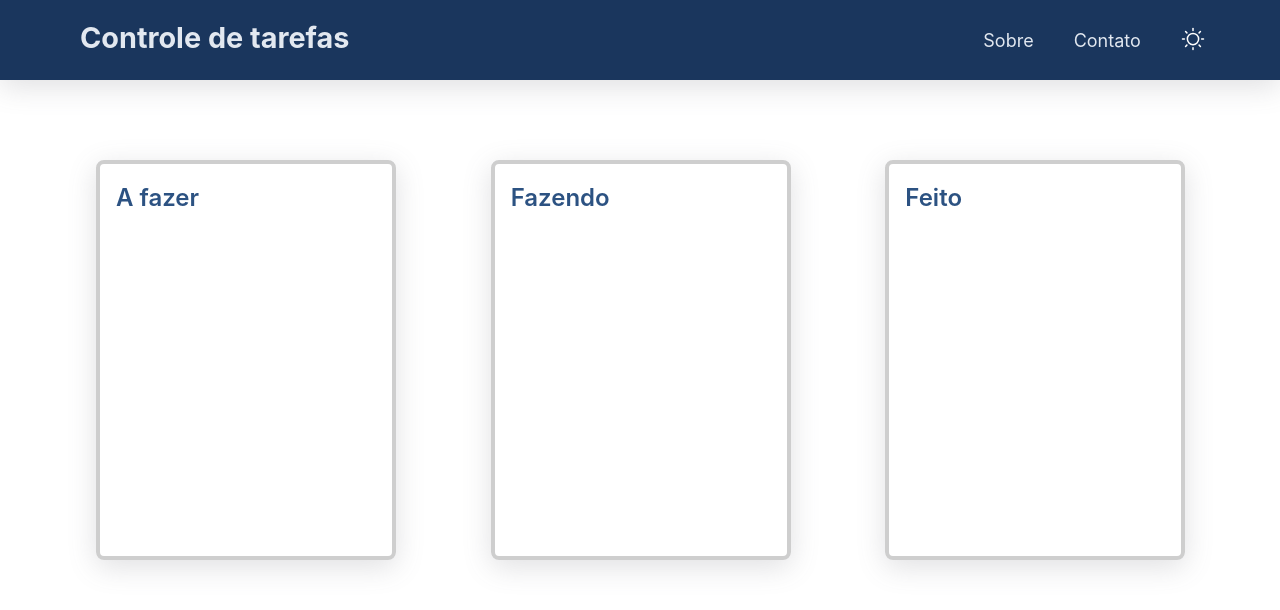
Repository: leosulzbach/Hackaton-Relampago
Page: /home (app in Front/)
These files come from the project's save history. The page is drawn as it stood at one moment and after the next save; the edit follows.
The browser window is 1280 px wide. The pictures show the whole page.
The page's requests for data from a server got no answer. The project was rebuilt for these pictures with package versions that can differ from the ones it lists, and the page was loaded fresh each time. No one was signed in, and anything a server would have sent is missing. Also part of the build but not shown: Front/vite.config.ts.

Above is the page before, as saved 2022-11-07 15:50:09.

### Front/src/App.tsx
import { ChakraProvider, theme } from "@chakra-ui/react"
import { BrowserRouter } from "react-router-dom"
import { Router } from "./Routes/Router"



function App() {
  return(
    <ChakraProvider theme={theme}>
    <BrowserRouter>
      <Router />
    </BrowserRouter>
  </ChakraProvider>
  )
}

export default App

### Front/src/Routes/Router.tsx
import { Routes, Route } from "react-router-dom";
import { Home } from "../Pages/home";


export function Router() {
  return (
    <Routes>
      <Route path="/home" element={<Home />} />
     </Routes>
  );
}

### Front/src/Pages/home.tsx
import { Box, Flex, Grid, Text } from '@chakra-ui/react'
import axios from 'axios';
import { useEffect, useState } from 'react';
import { Header } from '../Components/Header'


export interface Cadastro {
    id: number;
    descricao: string;
    situacao: string;
    data_vencimento: string;
    prioridade: string;
    email: string

}

export const Home = () => {

        const [CadastroList, setCadastroList] = useState<Cadastro[]>([]);
        const [CadastroFilter, setCadastroFilter] = useState<Cadastro[]>(CadastroList);


        useEffect(() => {
            axios.get<Cadastro[]>("http://localhost:3000/tarefas").then((response) => {
                setCadastroList(response.data);
            });
        }, []);


        const [tarefa, settarefa] = useState<any>();

        useEffect(() => {


            setCadastroFilter(

                CadastroList.filter(cadastro =>
                    cadastro.descricao.toLowerCase().includes(tarefa) || cadastro.email.toLocaleLowerCase().includes(tarefa) || cadastro.prioridade.includes(tarefa) || cadastro.data_vencimento.includes(tarefa))
            )

        }, [tarefa])


        useEffect(() => {


            setCadastroFilter(

                CadastroList);
        }, [CadastroList])


    return (
        <Flex>
            <Header />


            <Grid
                templateColumns='repeat(3, 1fr)'
                ml={"6rem"}
                mt={"10rem"}
                alignItems={"center"}
                width='100%'
                height="100%"
            >
                <Box
                    border={"4px solid #cecece"}
                    boxShadow={"rgba(100, 100, 111, 0.2) 0px 7px 29px 0px"}
                    borderRadius={8}
                    w={"300px"}
                    h={"400px"}
                >
                    <Text
                        p={"1rem"}
                        fontSize={"1.5rem"}
                        fontWeight={"semibold"}
                        color={"blue.700"}
                    >A fazer</Text>

                </Box>
                <Box
                    border={"4px solid #cecece"}
                    boxShadow={"rgba(100, 100, 111, 0.2) 0px 7px 29px 0px"}
                    borderRadius={8}
                    w={"300px"}
                    h={"400px"}>
                    <Text
                        p={"1rem"}
                        fontSize={"1.5rem"}
                        fontWeight={"semibold"}
                        color={"blue.700"}
                    >Fazendo</Text>
                </Box>
                <Box
                    border={"4px solid #cecece"}
                    boxShadow={"rgba(100, 100, 111, 0.2) 0px 7px 29px 0px"}
                    borderRadius={8}
                    w={"300px"}
                    h={"400px"}>
                    <Text
                        p={"1rem"}
                        fontSize={"1.5rem"}
                        fontWeight={"semibold"}
                        color={"blue.700"}
                    >Feito</Text>
                </Box>

            </Grid>
        </Flex>
    )

}

### Front/src/Components/Header.tsx
import { Box, Flex, Input, Link, Text } from "@chakra-ui/react";
import { Sun } from "phosphor-react";



export const Header = () => {
    return (
        <Flex

            as="header"
            w="100%"
            h="20"
            justify="space-between"

            borderBottomWidth={1}
            borderColor="blue.900"
            bg="blue.900"
            position={"fixed"}
            boxShadow="rgba(100, 100, 111, 0.2) 0px 7px 29px 0px"
        >
            <Flex
                p="1rem"
                justify="flex-start"
                ml="4rem"
            >
                <Text
                    fontSize="1.8rem"
                    fontWeight="bold"
                    color="gray.200"
                >
                    Controle de tarefas
                </Text>
            </Flex>
            <Flex
                p="1.7rem"
                mr="3rem"
                justify="flex-end"
                gap={10}
            >
                {/* <Input
                    border={"2px solid #3182CE"}
                    type={"text"}
                    w={"150px"}
                    h={"40px"}
                    color="#cecece" /> */}
                <Link

                    href="/sobre"
                    color="gray.200"
                    fontSize={18}
                    _hover={{
                        borderBottom: '4px solid  blue', transition: 'all 0.3s ease-out', transform: 'translate(-11px, 0px)'
                    }}
                >
                    Sobre
                </Link>
                <Link
                    href="/contato"
                    color="gray.200"
                    fontSize={18}
                    _hover={{
                        borderBottom: '4px solid  blue', transition: 'all 0.3s ease-out', transform: 'translate(-11px, 0px)'
                    }}

                >
                    Contato
                </Link>
                <Sun size={24} color={"white"} />
            </Flex>



        </Flex>
    );
}

Loaded but not shown: Front/index.html (common file); Front/src/main.tsx (common file)

After the next save:
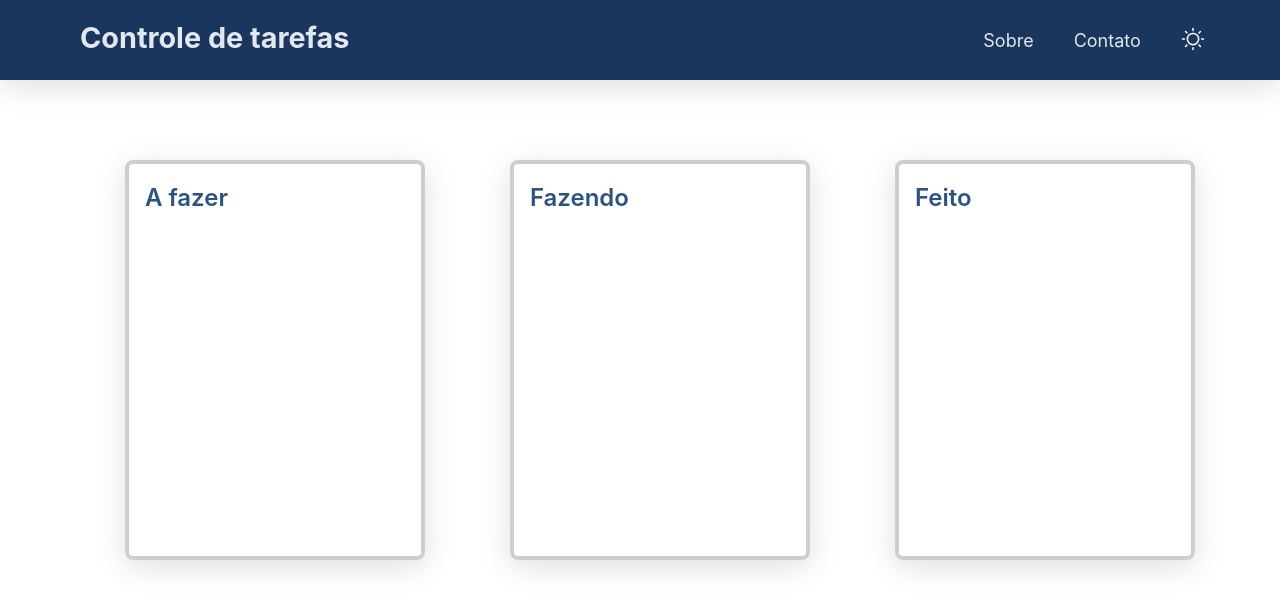
Saved 12 min 32 s later.
--- a/Front/src/Pages/home.tsx
+++ b/Front/src/Pages/home.tsx
@@ -1,5 +1,6 @@
 import { Box, Flex, Grid, Text } from '@chakra-ui/react'
 import axios from 'axios';
+import { CalendarPlus } from 'phosphor-react';
 import { useEffect, useState } from 'react';
 import { Header } from '../Components/Header'
 
@@ -54,7 +55,7 @@ export const Home = () => {
         <Flex>
             <Header />
 
-
+            <CalendarPlus size={32} color="#0c0d0d" />
             <Grid
                 templateColumns='repeat(3, 1fr)'
                 ml={"6rem"}
